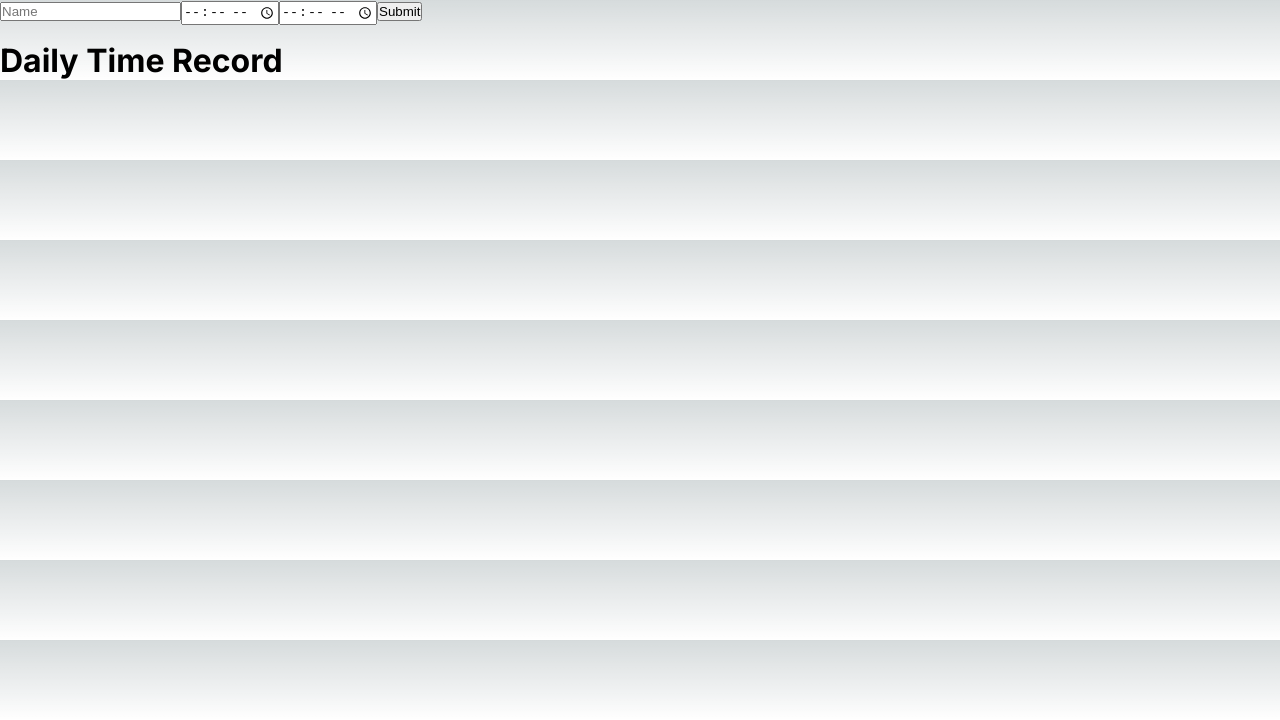
Repository: EeeeeEyyyy/daily_time_record
Page: /
An editor plug-in stored every save of this project. The page is shown before and after the next save, followed by the edit.
The browser window is 1280 px wide. The pictures show the whole page.
The project was rebuilt for these pictures with package versions that can differ from the ones it lists, and the page was loaded fresh each time. The framework's server and built-in components were replaced by stand-ins that run in the browser. Also part of the build but not shown: next.config.mjs.

Above is the page before, as saved 2024-06-27 13:51:51.

After the next save:
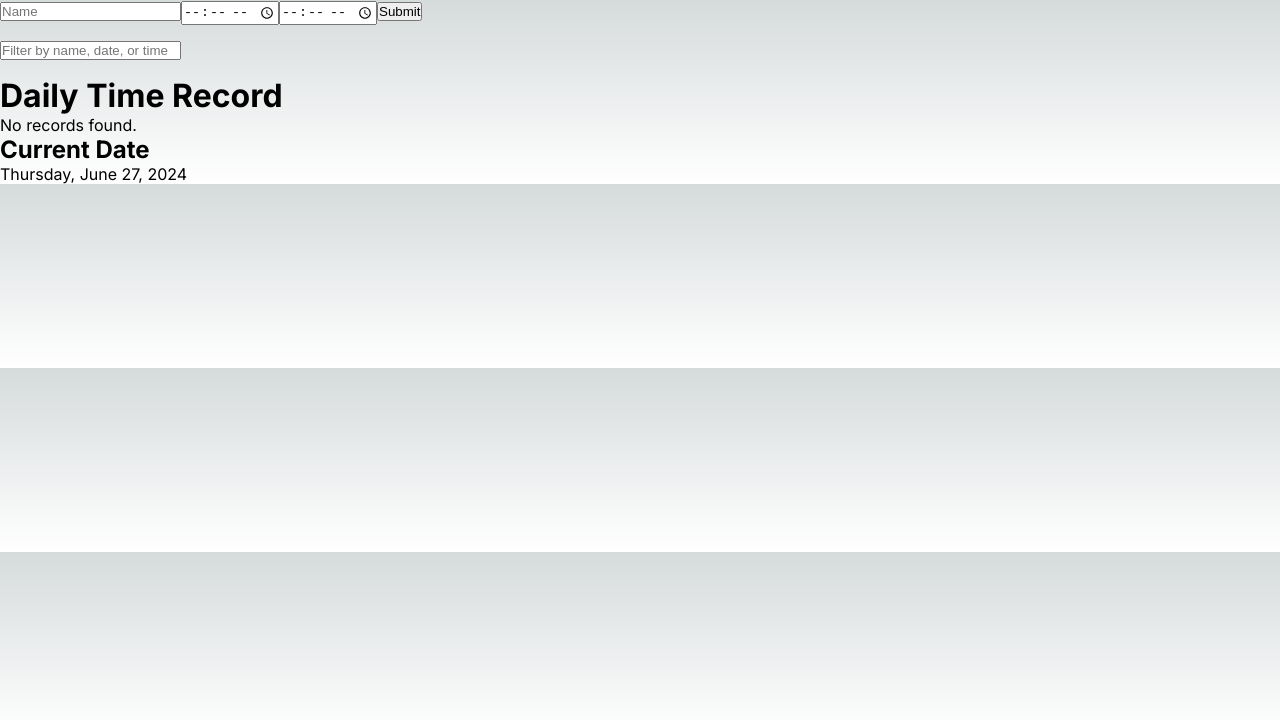
Saved 3 min 56 s later.
--- a/src/app/page.js
+++ b/src/app/page.js
@@ -8,6 +8,9 @@ const DailyTimeRecord = () => {
   const [arrivalTime, setArrivalTime] = useState('');
   const [timeOut, setTimeOut] = useState('');
   const [date, setDate] = useState('');
+  const [errors, setErrors] = useState({ name: '', arrivalTime: '', timeOut: '' });
+  const [filter, setFilter] = useState('');
+  const [editIndex, setEditIndex] = useState(null);
 
   useEffect(() => {
     const storedData = JSON.parse(localStorage.getItem('user')) || [];
@@ -46,26 +49,71 @@ const DailyTimeRecord = () => {
   };
 
   const handleSubmit = () => {
-    if (name && arrivalTime && timeOut) {
-      const payload = {
-        name,
-        date,
-        arrivalTime: formatTime(arrivalTime),
-        timeOut: formatTime(timeOut)
-      };
+    const newErrors = {
+      name: name ? '' : 'Name is required',
+      arrivalTime: arrivalTime ? '' : 'Arrival time is required',
+      timeOut: timeOut ? '' : 'Time out is required'
+    };
 
+    if (newErrors.name || newErrors.arrivalTime || newErrors.timeOut) {
+      setErrors(newErrors);
+      return;
+    }
+
+    const payload = {
+      name,
+      date,
+      arrivalTime: formatTime(arrivalTime),
+      timeOut: formatTime(timeOut)
+    };
+
+    if (editIndex !== null) {
+      const updatedData = data.map((item, index) =>
+        index === editIndex ? payload : item
+      );
+      setData(updatedData);
+      localStorage.setItem('user', JSON.stringify(updatedData));
+      setEditIndex(null);
+    } else {
       const updatedData = [...data, payload];
       setData(updatedData);
       localStorage.setItem('user', JSON.stringify(updatedData));
+    }
 
-      // Clear the input fields
-      setName('');
-      setArrivalTime('');
-      setTimeOut('');
-    } else {
-      console.log("Please fill in all fields");
-    }
+    // Clear the input fields
+    setName('');
+    setArrivalTime('');
+    setTimeOut('');
+    setErrors({ name: '', arrivalTime: '', timeOut: '' });
   };
+
+  const handleDelete = (index) => {
+    const updatedData = data.filter((_, i) => i !== index);
+    setData(updatedData);
+    localStorage.setItem('user', JSON.stringify(updatedData));
+  };
+
+  const handleEdit = (index) => {
+    const record = data[index];
+    setName(record.name);
+    setArrivalTime(record.arrivalTime);
+    setTimeOut(record.timeOut);
+    setEditIndex(index);
+  };
+
+  const handleFilterChange = (e) => {
+    setFilter(e.target.value);
+  };
+
+  const filteredData = data.filter((item) => {
+    const searchTerm = filter.toLowerCase();
+    return (
+      item.name.toLowerCase().includes(searchTerm) ||
+      item.date.toLowerCase().includes(searchTerm) ||
+      item.arrivalTime.toLowerCase().includes(searchTerm) ||
+      item.timeOut.toLowerCase().includes(searchTerm)
+    );
+  });
 
   return (
     <div>
@@ -75,36 +123,53 @@ const DailyTimeRecord = () => {
         value={name}
         onChange={(e) => handleChangeName(e.target.value)}
       />
+      {errors.name && <p style={{ color: 'red' }}>{errors.name}</p>}
       <input
         type="time"
         placeholder="Time of Arrival"
         value={arrivalTime}
         onChange={(e) => handleChangeArrivalTime(e.target.value)}
       />
+      {errors.arrivalTime && <p style={{ color: 'red' }}>{errors.arrivalTime}</p>}
       <input
         type="time"
         placeholder="Time Out"
         value={timeOut}
         onChange={(e) => handleChangeTimeOut(e.target.value)}
       />
-      <button onClick={handleSubmit}>Submit</button>
+      {errors.timeOut && <p style={{ color: 'red' }}>{errors.timeOut}</p>}
+      <button onClick={handleSubmit}>
+        {editIndex !== null ? 'Update' : 'Submit'}
+      </button>
+
+      <input
+        type="text"
+        placeholder="Filter by name, date, or time"
+        value={filter}
+        onChange={handleFilterChange}
+        style={{ marginTop: '1rem', display: 'block' }}
+      />
 
       <div style={{ marginTop: '1rem' }}>
         <h1>Daily Time Record</h1>
-        {data.length > 0 && (
-          <div>
-                    <h2>Current Date</h2>
-        <p>{date}</p>
-            {data.map((item, index) => (
-              <pre style={{ color: 'red', marginBottom: '1rem' }} key={index}>
+        {filteredData.length > 0 ? (
+          filteredData.map((item, index) => (
+            <div key={index} style={{ marginBottom: '1rem' }}>
+              <pre style={{ color: 'black' }}>
                 Name: {item.name}<br />
                 Date: {item.date}<br />
                 Time of Arrival: {item.arrivalTime}<br />
                 Time Out: {item.timeOut}
               </pre>
-            ))}
-          </div>
+              <button onClick={() => handleEdit(index)}>Edit</button>
+              <button onClick={() => handleDelete(index)}>Delete</button>
+            </div>
+          ))
+        ) : (
+          <p>No records found.</p>
         )}
+        <h2>Current Date</h2>
+        <p>{date}</p>
       </div>
     </div>
   );
